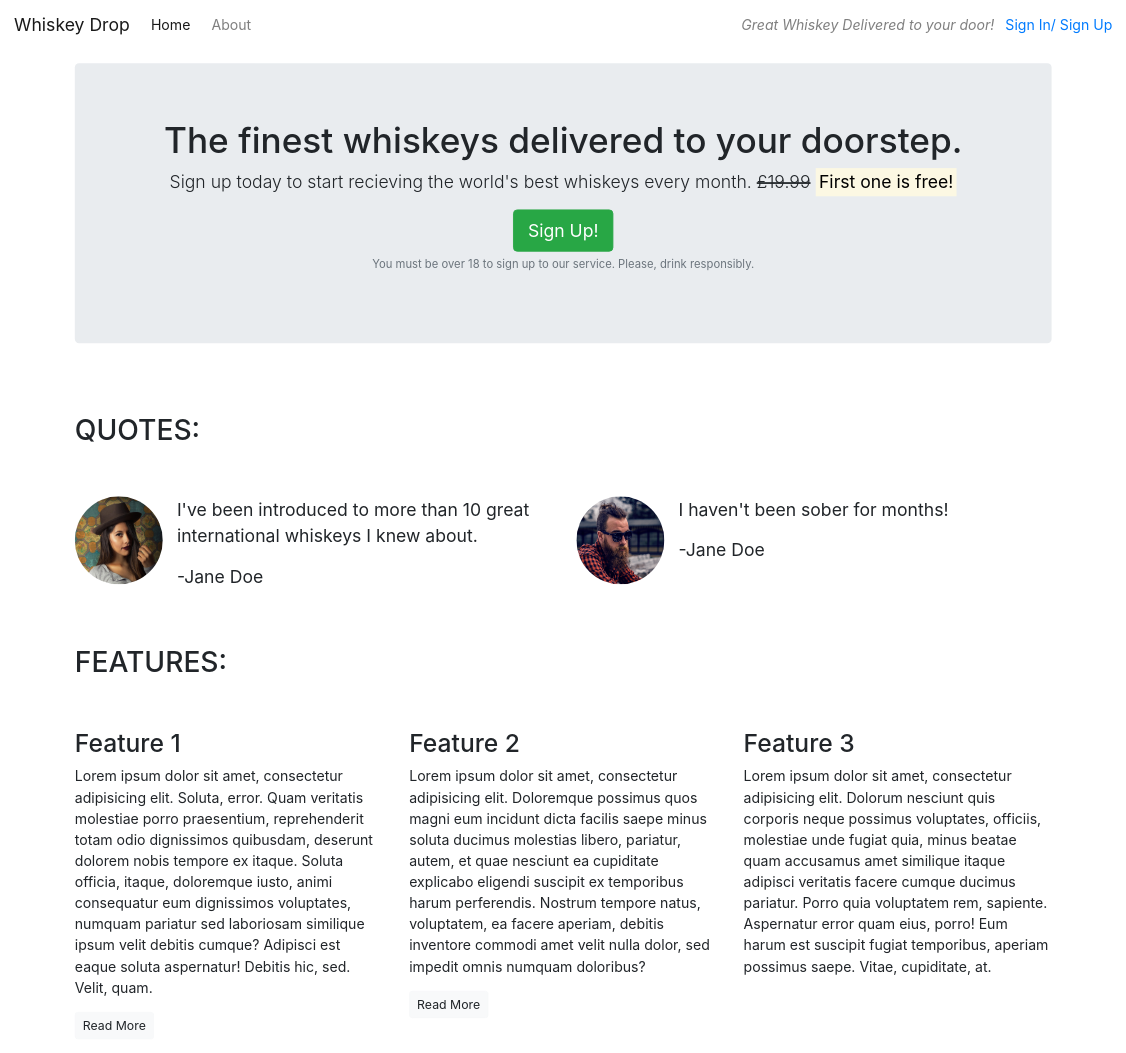
Repository: Leannald13/whiskey-project
Page: index.html
The author's editor kept a record of every edit. The page is drawn from the files as they stood at one moment, then again after the next edit.
The browser window is 1280 px wide. The pictures show the whole page, at 88% of full size.
Some web libraries are served in a nearby version.

Above is the page before.
Console error: TypeError: Cannot read properties of undefined (reading 'fn')

After the next edit:
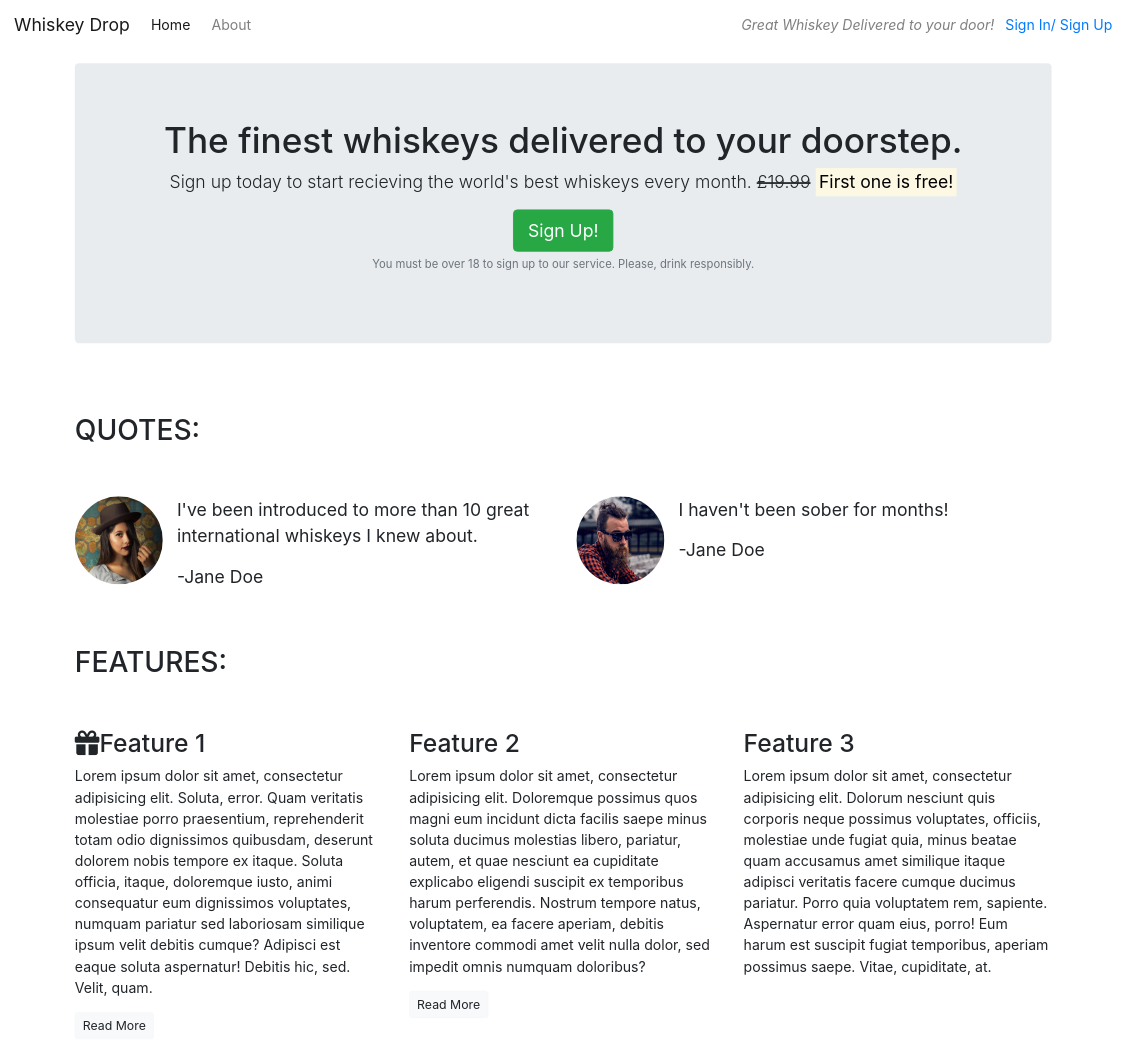
The edit:
--- a/index.html
+++ b/index.html
@@ -82,7 +82,7 @@
             <div class="row">
                 <div class="col-12 col-md-6 col-lg-4">
                     <div class="feature">
-                        <h3>Feature 1</h3>
+                        <h3><i class="fas fa-gift"></i>Feature 1</h3>
                         <p>Lorem ipsum dolor sit amet, consectetur adipisicing elit. Soluta, error. Quam veritatis molestiae porro praesentium, reprehenderit totam odio dignissimos quibusdam, deserunt dolorem nobis tempore ex itaque. Soluta officia, itaque,
                             doloremque iusto, animi consequatur eum dignissimos voluptates, numquam pariatur sed laboriosam similique ipsum velit debitis cumque? Adipisci est eaque soluta aspernatur! Debitis hic, sed. Velit, quam.</p>
                         <p><a class="btn btn-sm btn-light" href="">Read More</a></p>
